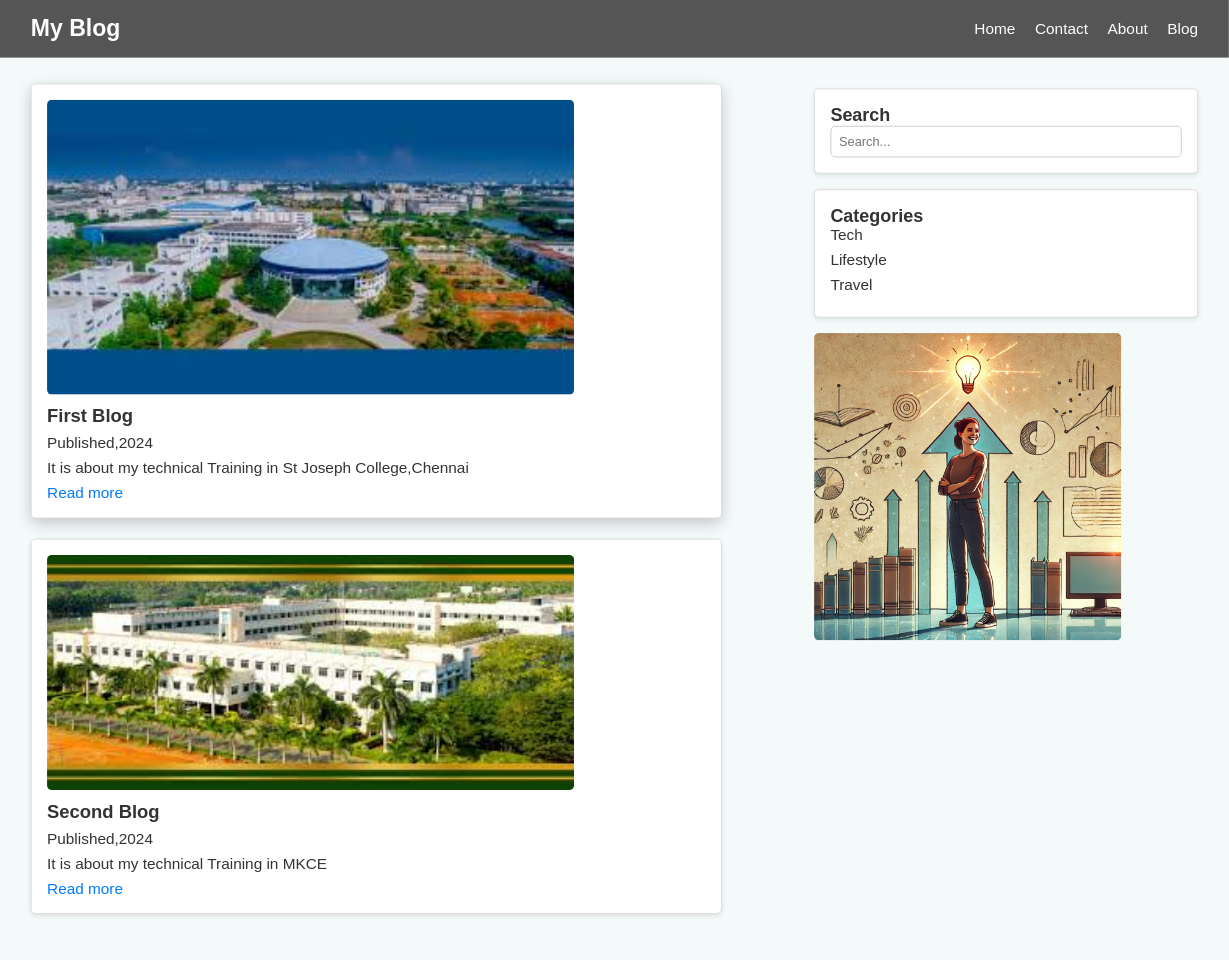
Repository: obusakthi539/Loginform
Page: Myblog.html
An editor plug-in stored every save of this project. The page is shown before and after a run of saves, followed by the edit.
The browser window is 1280 px wide. The pictures show the whole page, at 96% of full size.
The pointer rests on the first visible `.blog-card`.

Above is the page before, as saved 2025-01-12 17:03:01.

After the next 2 saves:
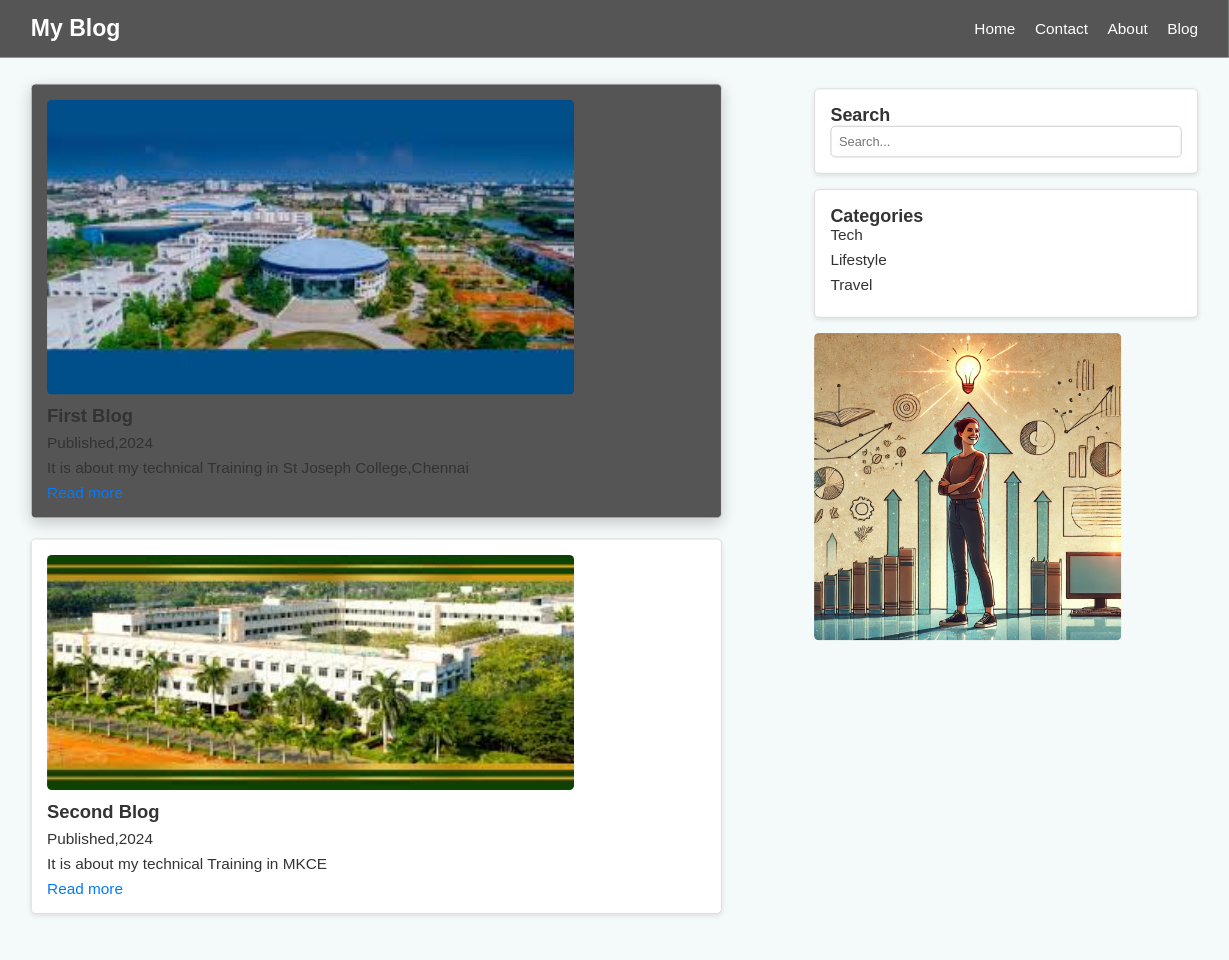
The 2 saves are shown as one change because they came seconds apart.
The last was saved 5 s later.
--- a/Myblog.html
+++ b/Myblog.html
@@ -68,7 +68,7 @@
         .blog-card:hover {
             transform: translateY(-5px);
             box-shadow: 0 5px 15px rgba(0, 0, 0, 0.2);
-            background-color:
+            background-color:#555;
         }
 
         .blog-card h2 {

After the 4 saves that followed:
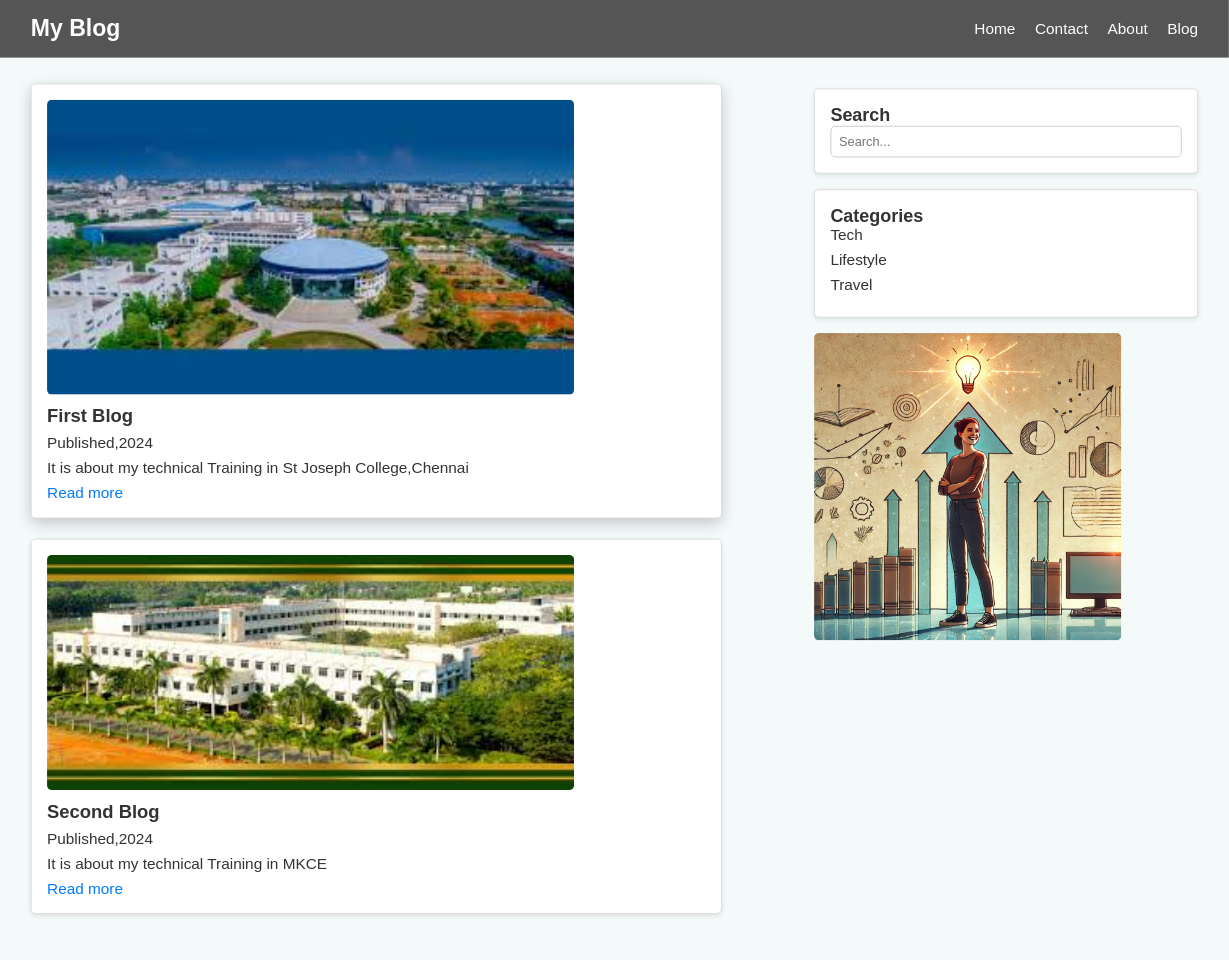
The 4 saves are shown as one change because they came seconds apart.
The last was saved 31 s later.
--- a/Myblog.html
+++ b/Myblog.html
@@ -68,7 +68,7 @@
         .blog-card:hover {
             transform: translateY(-5px);
             box-shadow: 0 5px 15px rgba(0, 0, 0, 0.2);
-            background-color:#555;
+            background-color:;
         }
 
         .blog-card h2 {
